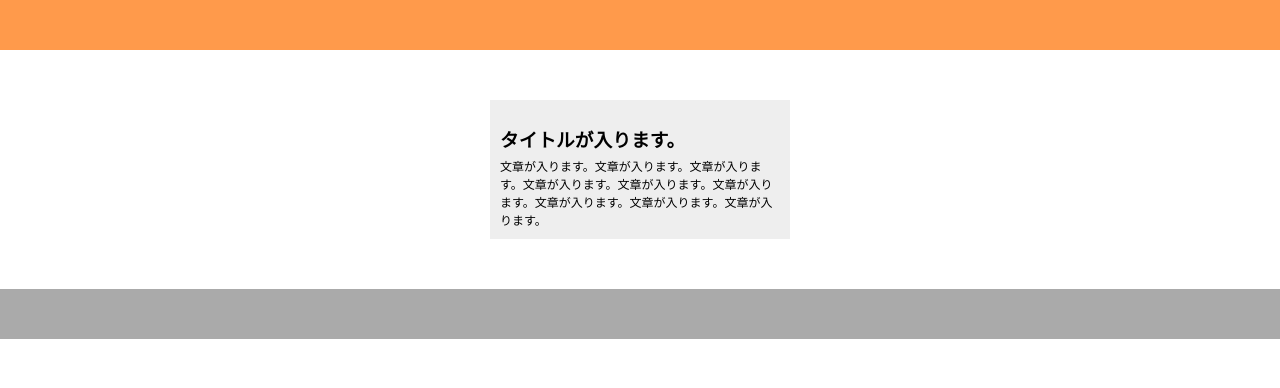
Repository: tkikokiko/webcamp-practice
Page: 1-9/index1-9-2.html
The author's editor kept a record of every edit. The page is drawn from the files as they stood at one moment, then again after the next edit.
The browser window is 1280 px wide. The pictures show the whole page.

Above is the page before.

### 1-9/index1-9-2.html
<!DOCTYPE html>
<html lang="ja">
  <head>
    <meta charset="utf-8" />
    <link rel="stylesheet" href="style1-9-2.css" type="text/css" />
    <title>kadai1-9-2</title>
  </head>

  <body>
    <header></header>

    <main>
      <div class="main-box">
        <div class="main-image"></div>
        <div class="main-step"></div>
        <div class="main-contents">
          <h3 class="main-title">タイトルが入ります。</h3>
          <p class="main-text">
            文章が入ります。文章が入ります。文章が入りま <br>
            す。文章が入ります。文章が入ります。文章が入り <br>
            ます。文章が入ります。文章が入ります。文章が入 <br>
            ります。
          </p>
        </div>
      </div>

    </main>

    <footer></footer>

  </body>
</html>

### 1-9/style1-9-2.css
* {
  margin: 0;
  padding: 0;
  box-sizing: border-box;
}

header {
  width: 100%;
  height: 50px;
  background-color: #ff9a4b;
}

main {
  margin: 50px auto;
  width: 960px;
  display: flex;
  justify-content: center;
}

.main-box {
  width: 300px;
  margin-right: 30px;
  /*padding: 10px;*/
  background-color: #eeeeee;
  position: relative;
}

.main-box:last-child {
  margin-right: 0;
}

.main-step {
  position: absolute;
  top: 0;
  left: 0;
  color: #ffffff;
  display: inline-block;
  background-color: #ff9a4b;
}

.main-contents {
  width: 300px;
  padding: 10px;
}

.main-image1 {
  height: 150px;
  background-image: url(img/flow01.png);
  background-size: cover;
  background-position: bottom;
}

.main-image2 {
  height: 150px;
  background-image: url(img/flow02.png);
  background-size: cover;
  background-position: bottom;
}

.main-image3 {
  height: 150px;
  background-image: url(img/flow03.png);
  background-size: cover;
  background-position: bottom;
}

.main-title {
  display: inline-block;
  padding-top: 15px;
}

.main-text {
  display: inline-block;
  margin-top: 5px;
  font-size: 12px;
}


footer {
  width: 100%;
  height: 50px;
  background-color: #aaaaaa;
}

After the next edit:
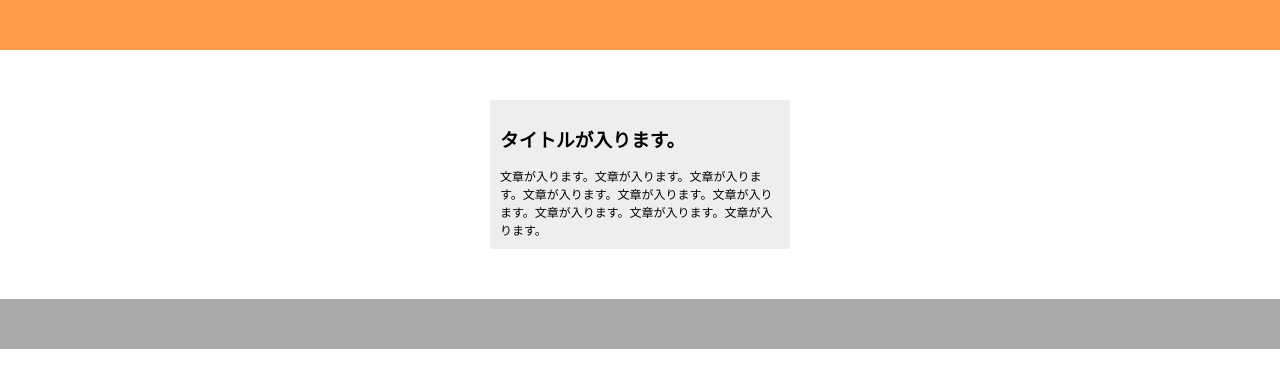
The edit:
--- a/1-9/style1-9-2.css
+++ b/1-9/style1-9-2.css
@@ -65,8 +65,9 @@
 }
 
 .main-title {
-  display: inline-block;
-  padding-top: 15px;
+  margin: 15px 0 10px;
+  /*display: inline-block;*/
+  /*padding-top: 15px;*/
 }
 
 .main-text {
